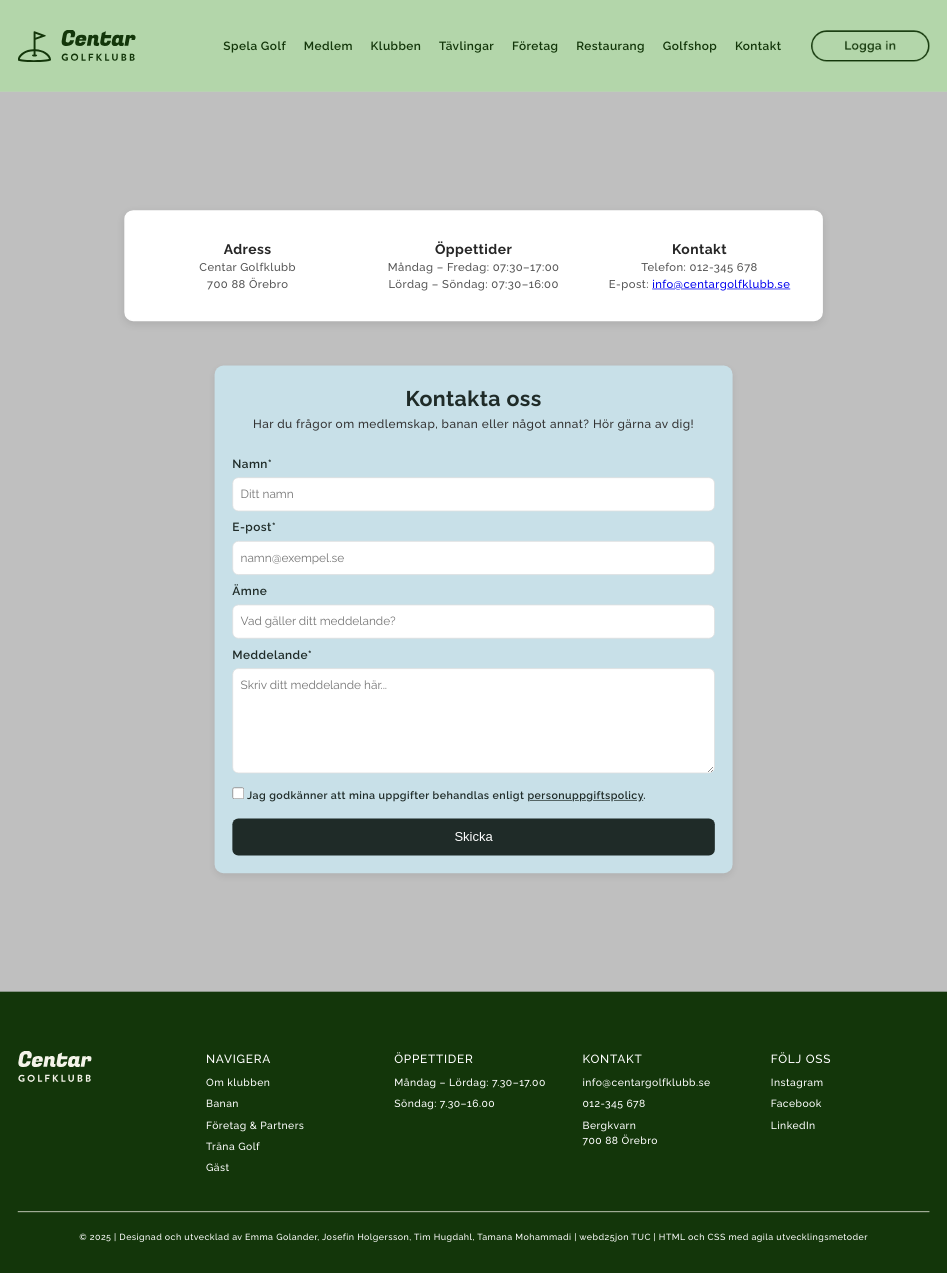
Repository: Tamana831/GolfklubbCentar
Page: kontakt.html
The author's editor kept a copy of each file at every save. The page is drawn from the files as they stood at one save, then again after the next save.
The browser window is 1280 px wide. The pictures show the whole page, at 74% of full size.

Above is the page before, as saved 2025-10-21 21:51:26.
Not found: styles/images/golf.jpg

After the next save:
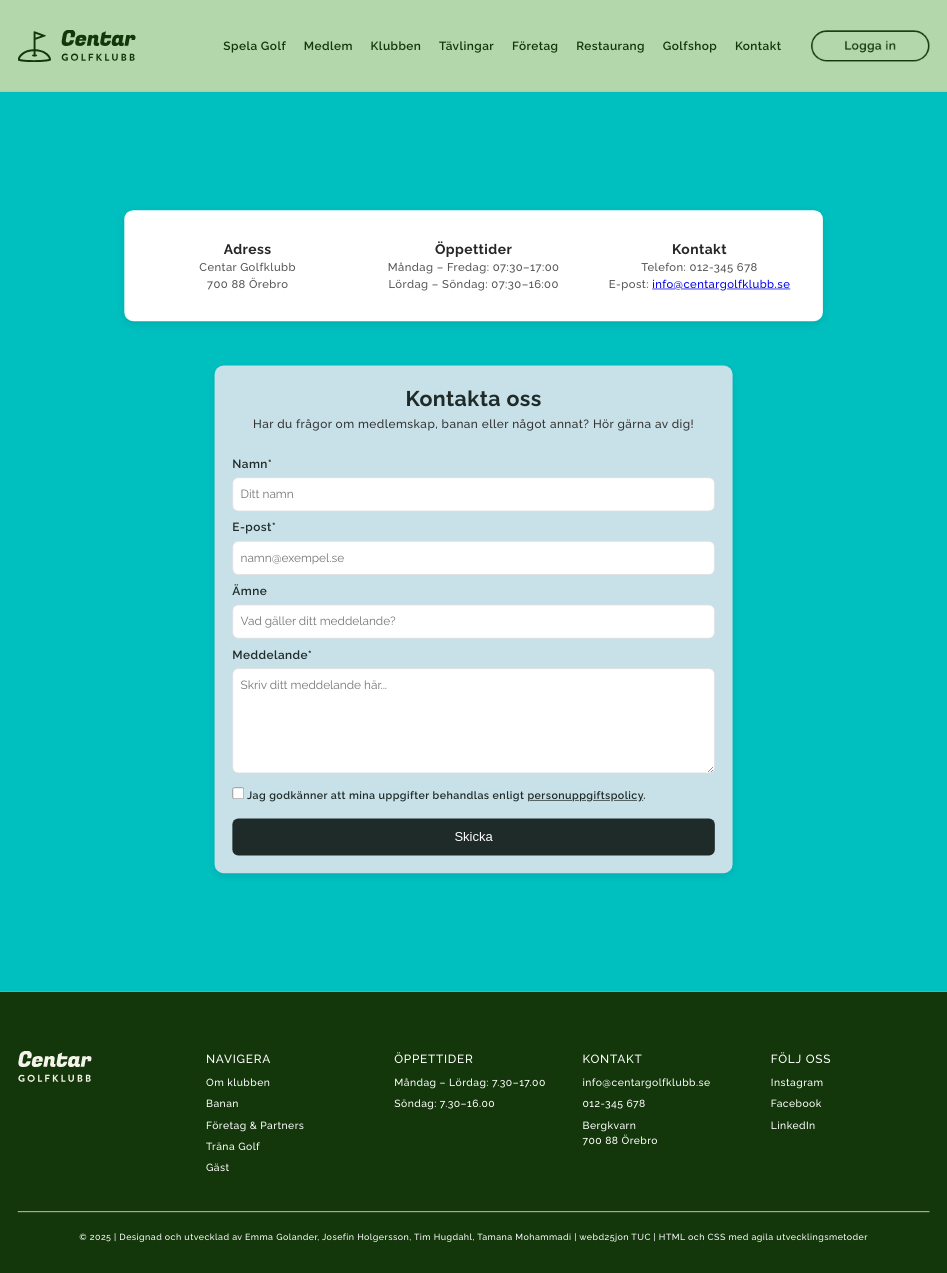
Saved 61 s later.
--- a/styles/kontakt.css
+++ b/styles/kontakt.css
@@ -1,6 +1,6 @@
 /* --- BAKGRUNDSSEKTION (HELA KONTAKTDELEN) --- */
 .contact-section {
-  background: url('images/golf.jpg') no-repeat center center/cover;
+  background-color: aqua;
   padding: 100px;
   position: relative;
 }
